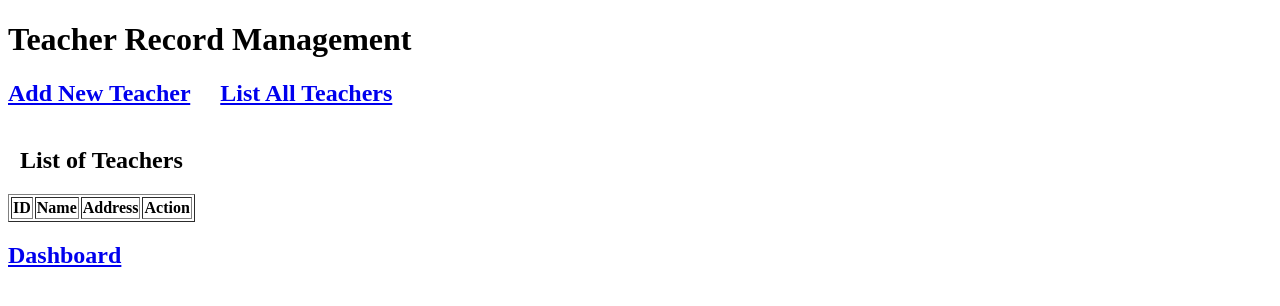
Repository: ashkumar661/Phase-2-Project
Page: http://localhost/crud-example/teacher-list.jsp
An editor plug-in stored every save of this project. The page is shown before and after the next save, followed by the edit.
The browser window is 1280 px wide. The pictures show the whole page.
The page is served by Tomcat 9. The template is opened directly, without the code that normally fills it, so the values that code supplies are empty.

Above is the page before, as saved 2022-05-15 04:10:17.

After the next save:
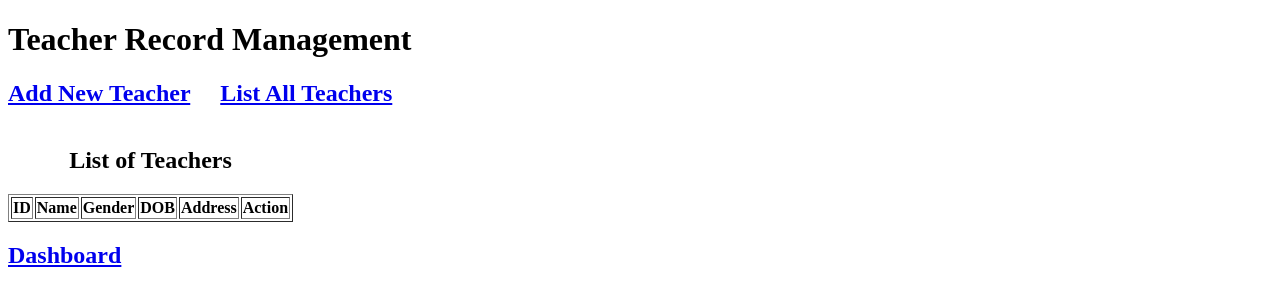
Saved 78 s later.
--- a/crud-example/src/main/webapp/teacher-list.jsp
+++ b/crud-example/src/main/webapp/teacher-list.jsp
@@ -21,6 +21,8 @@
 		<tr>
 			<th>ID</th>
 			<th>Name</th>
+			<th>Gender</th>
+			<th>DOB</th>
 			<th>Address</th>
 			<th>Action</th>
 		</tr>
